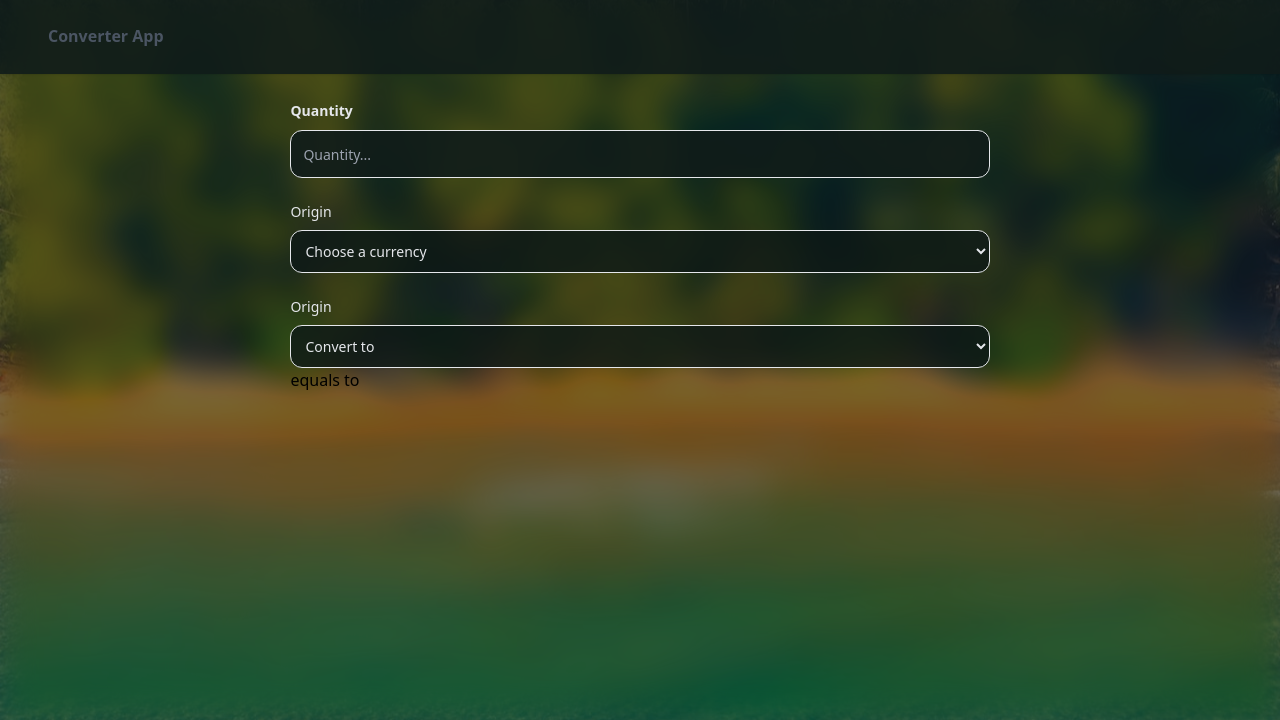
Repository: mikelCabezas/angular-exercices
Page: / (app in converter/)
An editor plug-in stored every save of this project. The page is shown before and after the next save, followed by the edit.
The browser window is 1280 px wide. The pictures show the whole page.
The project was rebuilt for these pictures with package versions that can differ from the ones it lists, and the page was loaded fresh each time. Also part of the build but not shown: converter/angular.json.

Above is the page before, as saved 2023-09-15 18:58:00.

### converter/src/styles.css
@tailwind base;
@tailwind components;
@tailwind utilities;

body {
    background-image: url('./assets/sunset-beach.jpeg');
    background-position: center;
}

### converter/src/app/app.module.ts
import { NgModule } from '@angular/core';
import { BrowserModule } from '@angular/platform-browser';

import { AppComponent } from './app.component';
import { NavbarComponent } from './components/navbar/navbar.component';
import { ConverterComponent } from './components/converter/converter.component';

@NgModule({
  declarations: [
    AppComponent,
    NavbarComponent,
    ConverterComponent
  ],
  imports: [
    BrowserModule
  ],
  providers: [],
  bootstrap: [AppComponent]
})
export class AppModule { }

### converter/src/app/app.component.ts
import { Component } from '@angular/core';

@Component({
  selector: 'app-root',
  templateUrl: './app.component.html',
  styleUrls: ['./app.component.css']
})
export class AppComponent {
  title = 'converter';
}

### converter/src/app/components/converter/converter.component.ts
import { Component } from '@angular/core';

@Component({
  selector: 'app-converter',
  templateUrl: './converter.component.html',
  styleUrls: ['./converter.component.css']
})
export class ConverterComponent {

}

### converter/src/app/app.component.html
<div class="root min-w-screen min-h-screen bg-gray-900Z bg-[#11192890] backdrop-saturate-200 backdrop-blur-lg">
    <app-navbar/>
    <app-converter/>
</div>

### converter/src/app/components/navbar/navbar.component.html
<nav class="shadow bg-[rgba(16,28,26,0.9)] ">
    <div class="container flex items-center  p-6 mx-auto text-gray-600 capitalize dark:text-gray-300">
        <a href="#" class="border-b-2 border-transparent hover:text-gray-800 dark:hover:text-gray-200 hover:border-blue-500 mx-1.5 sm:mx-6 font-bold">
            Converter App
        </a>
    </div>
</nav>

### converter/src/app/components/converter/converter.component.html
<div class="container mx-auto p-6 flex justify-center">
    <div class="row w-3/5">
        <div class="col px-5">
            <div class="mb-6">
                <label for="email" class="text-sm text-gray-200 font-bold">Quantity</label>
                <input type="number" placeholder="Quantity..." class="mt-2 flex h-12 w-full items-center justify-center rounded-xl border bg-[rgba(16,28,26,0.9)] p-3 text-sm outline-none border-gray-200">
            </div>
        </div>
        <div class="col px-5 mb-6">
            <label for="currency" class="block mb-2 text-sm font-medium text-gray-200">Origin</label>
            <select id="currency" placeholder="Choose a currency" class="text-sm rounded-xl block w-full p-2.5 bg-[rgba(13,24,23,0.8)] border-gray-200 border-[1px] placeholder-gray-200 text-gray-200 focus:white">
                <option selected>Choose a currency</option>
                <option value="EUR">Euro</option>
                <option value="USD">US Dollar</option>
                <option value="CHF">Suiss francs</option>
            </select>
        </div>
        <div class="col px-5">
            <label for="conversion" class="block mb-2 text-sm font-medium text-gray-200">Origin</label>
            <select id="conversion" placeholder="Choose a currency" class="text-sm rounded-xl block w-full p-2.5 bg-[rgba(13,24,23,0.8)] border-gray-200 border-[1px] placeholder-gray-200 text-gray-200 focus:white">
                <option selected>Convert to</option>
                <option value="EUR">Euro</option>
                <option value="USD">US Dollar</option>
                <option value="CHF">Suiss francs</option>
            </select>
        </div>
        <div class="col px-5 text center">
            <div>
                <p>{{quantity}} {{currency}}</p>
            </div>
            <div>
                <p>equals to</p>
            </div>
            <div>
                <p>{{convertTo}}</p>
            </div>
        </div>
    </div>
</div>

Loaded but not shown: converter/src/index.html (common file); converter/src/main.ts (common file); converter/src/app/components/navbar/navbar.component.ts (common file); converter/tailwind.config.js (common file); converter/src/app/app.component.css (no stored copy; drawn as an empty file); converter/src/app/components/navbar/navbar.component.css (no stored copy; drawn as an empty file); converter/src/app/components/converter/converter.component.css (no stored copy; drawn as an empty file)

After the next save:
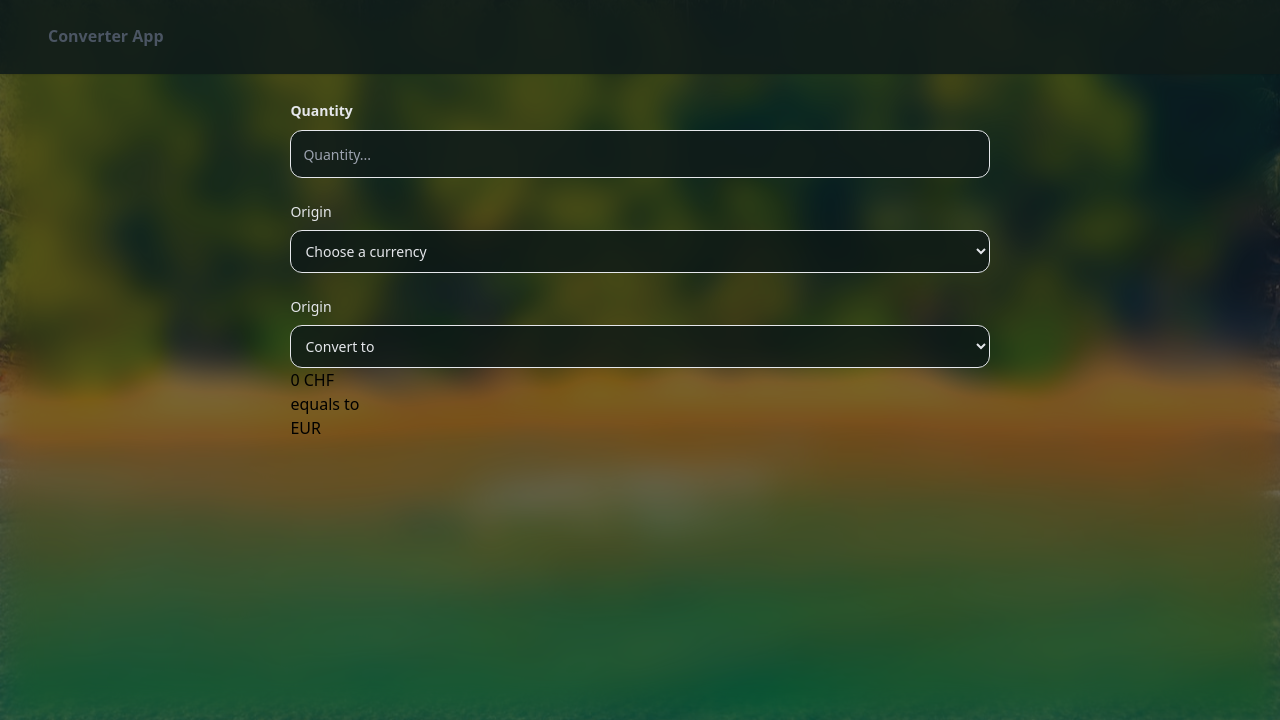
Saved 1 s later.
--- a/converter/src/app/components/converter/converter.component.ts
+++ b/converter/src/app/components/converter/converter.component.ts
@@ -6,5 +6,7 @@ import { Component } from '@angular/core';
   styleUrls: ['./converter.component.css']
 })
 export class ConverterComponent {
-
+  quantity = 0
+  currency = 'CHF'
+  convertTo = 'EUR'
 }
